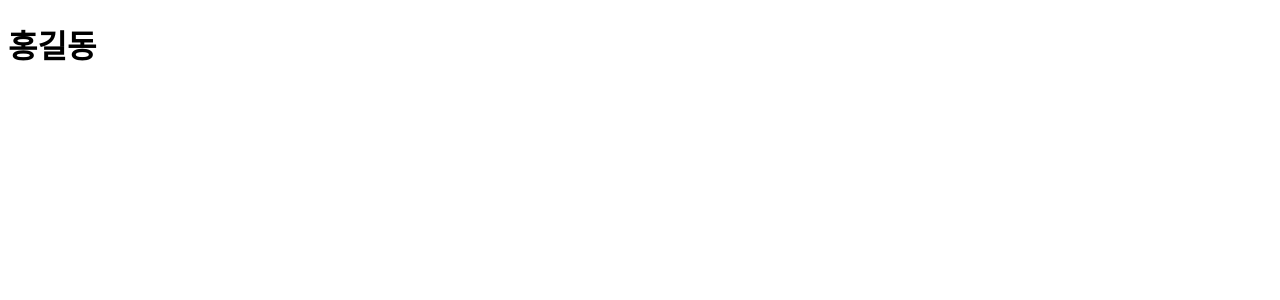
Repository: kdh2212/KDT_code
Page: http://localhost/20250808Web/from.jsp
An editor plug-in stored every save of this project. The page is shown before and after the next save, followed by the edit.
The browser window is 1280 px wide. The pictures show the whole page.
The page is served by Tomcat 9.

Above is the page before, as saved 2025-08-08 03:33:08.

### 20250808Web/src/main/webapp/from.jsp
<%@page import="study.Student"%>
<%@ page language="java" contentType="text/html; charset=UTF-8"
    pageEncoding="UTF-8"%>
<!DOCTYPE html>
<html>
<head>
<meta charset="UTF-8">
<title>Insert title here</title>
</head>
<body>
<%
String str = "홍길동"; // 값
request.setAttribute("hong", str); // hong은 넘어가는 키 정도로 생각

Student stu = new Student("김하나","서울시","010-2232-1123");
//stu.name ->getter ,setter을 안쓸경우 name을 public으로 할경우
request.setAttribute("kim", stu);
%>
<jsp:forward page="to.jsp"/>
<h1>from.jsp</h1>
</body>
</html>

### 20250808Web/src/main/webapp/to.jsp
<%@page import="study.Student"%>
<%@ page language="java" contentType="text/html; charset=UTF-8"
    pageEncoding="UTF-8"%>
<!DOCTYPE html>
<html>
<head>
<meta charset="UTF-8">
<title>Insert title here</title>
</head>
<body>
<%
String str = (String) request.getAttribute("hong");
Student stu = (Student) request.getAttribute("kim");

%>
<h1><%=str %></h1>
<h2>${stu.name}</h2>
<h2>${stu.addr}</h2>
<h2>${stu.phone}</h2>
</body>
</html>

### 20250808Web/src/main/java/study/Student.java
package study;

public class Student {
	private String name;
	private String addr;
	private String phone;



	public Student(String name, String addr, String phone) {
		super();
		this.name = name;
		this.addr = addr;
		this.phone = phone;
	}


	public String getName() {
		return name;
	}
	public String getAddr() {
		return addr;
	}
	public String getPhone() {
		return phone;
	}
	public void setName(String name) {
		this.name = name;
	}
	public void setAddr(String addr) {
		this.addr = addr;
	}
	public void setPhone(String phone) {
		this.phone = phone;
	}




}

After the next save:
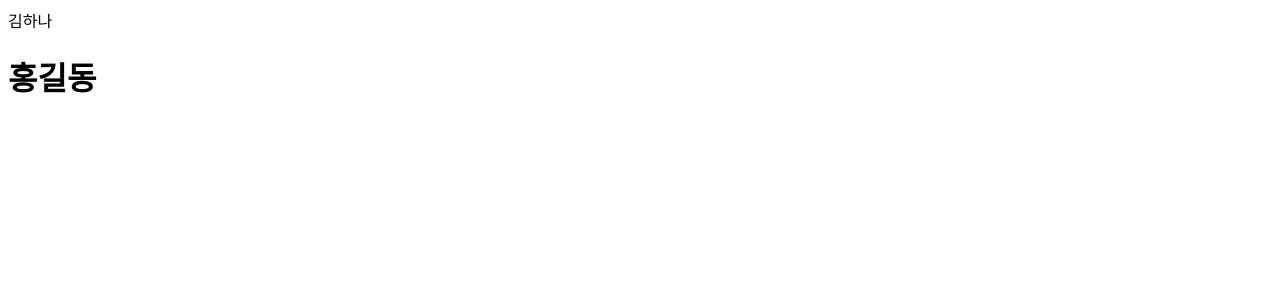
Saved 2 min 11 s later.
--- a/20250808Web/src/main/webapp/to.jsp
+++ b/20250808Web/src/main/webapp/to.jsp
@@ -11,6 +11,7 @@
 <%
 String str = (String) request.getAttribute("hong");
 Student stu = (Student) request.getAttribute("kim");
+out.println(stu.getName());
 
 %>
 <h1><%=str %></h1>
